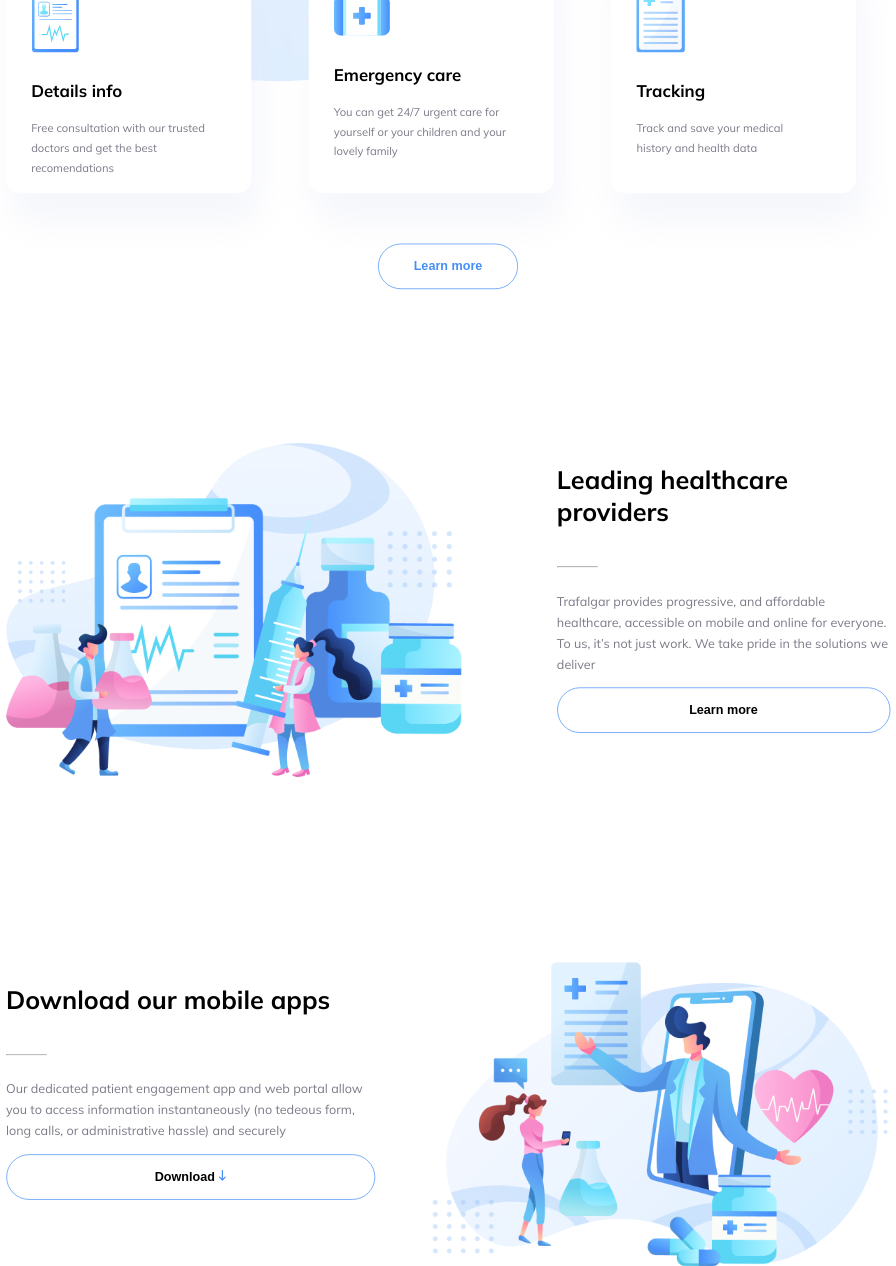
Repository: ivan-developer-01/trafalgar-layout
Page: index.html
The author's editor kept a copy of each file at every save. The page is drawn from the files as they stood at one save, then again after the next save.
The browser window is 1280 px wide. The pictures show the part of the page from y = 1570 to 3490 px (the page is 3379 px tall before and 3490 px after), at 70% of full size.

Above is the page before, as saved 2024-11-08 15:12:33.

### index.html
<!DOCTYPE html>
<html lang="en">
<head>
	<meta charset="UTF-8">
	<meta http-equiv="X-UA-Compatible" content="IE=edge">
	<meta name="viewport" content="width=device-width, initial-scale=1.0">
	<title>Trafalgar Services</title>
	<link rel="preconnect" href="https://fonts.googleapis.com">
	<link rel="preconnect" href="https://fonts.gstatic.com" crossorigin>
	<link href="https://fonts.googleapis.com/css2?family=Mulish:ital,wght@0,200;0,300;0,400;0,500;0,600;0,700;0,800;0,900;1,200;1,300;1,400;1,500;1,600;1,700;1,800;1,900&display=swap" rel="stylesheet">
	<link rel="stylesheet" href="style.css">
</head>
<body>
	<header class="header">
		<div class="container">
			<!-- left part -->
			<div>
				<div class="logo">
					<img src="images/logo.png" alt="Trafalgar Logo">
				</div>
			</div>

			<!-- right part -->
			<div>
				<nav>
					<a href="#" class="nav__link nav__link-main">Home</a>
					<a href="#" class="nav__link">Find a doctor</a>
					<a href="#" class="nav__link">Apps</a>
					<a href="#" class="nav__link">Testimonials</a>
					<a href="#" class="nav__link">About us</a>
				</nav>
			</div>
		</div>
	</header>

	<main>
		<section class="main-info">
			<div class="container">
				<!-- left part -->
				<div>
					<h1>Virtual healthcare for you</h1>

					<p>Trafalgar provides progressive, and affordable healthcare, accessible on mobile and online for everyone</p>

					<button class="button round-button bg-blue">Consult today</button>
				</div>

				<!-- right part -->
				<div>
					<img src="images/hero.png" alt="Trafalgar hero image">
				</div>
			</div>

			<div class="overlay"></div>
		</section>

		<section class="our-services">
			<div class="container">
				<h2>Our services</h2>
				<hr>

				<p>We provide to you the best choiches for you. Adjust it to your health needs and make sure your undergo treatment with our highly qualified doctors you can consult with us which type of service is suitable for your health</p>

				<div class="cards">
					<div class="card">
						<img src="images/our-services/cards/search-doctor.svg" alt="Search doctor">
						<h3>Search doctor</h3>
						<p>Choose your doctor from thousands of specialist, general, and trusted hospitals</p>
					</div>
					<div class="card">
						<img src="images/our-services/cards/online-pharmacy.svg" alt="Online pharmacy">
						<h3>Online pharmacy</h3>
						<p>Buy  your medicines with our mobile application with a simple delivery system</p>
					</div>
					<div class="card">
						<img src="images/our-services/cards/consultation.svg" alt="Consultation">
						<h3>Consultation</h3>
						<p>Free consultation with our trusted doctors and get the best recomendations</p>
					</div>
					<div class="card">
						<img src="images/our-services/cards/details-info.svg" alt="Details info">
						<h3>Details info</h3>
						<p>Free consultation with our trusted doctors and get the best recomendations</p>
					</div>
					<div class="card">
						<img src="images/our-services/cards/emergency-care.svg" alt="Emergency care">
						<h3>Emergency care</h3>
						<p>You can get 24/7 urgent care for yourself or your children and your
lovely family</p>
					</div>
					<div class="card">
						<img src="images/our-services/cards/tracking.svg" alt="Tracking">
						<h3>Tracking</h3>
						<p>Track and save your medical history and health data</p>
					</div>
				</div>

				<button class="button round-button">Learn more</button>
			</div>

			<div class="overlay"></div>
			<div class="top-overlay"></div>
		</section>

		<section class="apps">
			<div class="container">
				<div class="flex-two-blocks">
					<!-- left part -->
					<div>
						<div class="image">
							<img src="images/apps/leading-healthcare-providers.png" alt="Leading healthcare providers">
						</div>
					</div>

					<!-- right part -->
					<div>
						<h2>Leading healthcare providers</h2>
						<hr>
						<p>
							Trafalgar provides progressive, and affordable healthcare, accessible on mobile and online for everyone. To us, it’s not just work. We take pride in the solutions we deliver
						</p>

						<button class="button round-button">Learn more</button>
					</div>
				</div>

				<div class="flex-two-blocks">
					<!-- left part -->
					<div>
						<h2>Download our mobile apps</h2>
						<hr>
						<p>
							Our dedicated patient engagement app and web portal allow you to access information instantaneously (no tedeous form, long calls, or administrative hassle) and securely
						</p>

						<button class="button round-button">Download
							<img src="images/arrow-download.svg" alt="Download icon">
						</button>
					</div>

					<!-- right part -->
					<div>
						<div class="image">
							<img src="images/apps/mobile-apps.png" alt="Mobile apps">
						</div>
					</div>
				</div>
			</div>
		</section>

		<section class="reviews">
			<div class="container">

			</div>
		</section>
	</main>
</body>
</html>

### style.css
html,
body {
	width: 100vw;
	margin: 0;
	padding: 0;
	font-family: 'Mulish', sans-serif;
}

.container {
	width: 100%;
	max-width: 1263px;
	margin: 0 auto;
}

section hr {
	width: 56px;
	margin-top: 26px;
	margin-bottom: 33px;
}

h1 {
	font-size: 48px;
}

h3 {
	font-size: 24px;
}

p {
	color: #7D7987;
	margin-top: 0;
}

.button {
	/* appearance: none; */
	border: 1px solid #458FF6;
	background: transparent;
	cursor: pointer;
	font-weight: 700;
	font-size: 18px;
	padding: 21px 41px;
}

.button.round-button {
	border-radius: 999px;
}

.bg-blue {
	background-color: #458FF6;
	color: #FFF;
}

/* header */
.header {
	padding-top: 56px;
}

.header .container {
	display: flex;
	justify-content: space-between;
	align-items: center;
}

.header nav {
	display: flex;
	gap: 40px;
	font-size: 18px;
}

.header nav a {
	text-decoration: none;
	color: #8f8a9a;
}

.header .nav__link-main {
	color: #1F1534;
}
/* /header */

/* main-info */
.main-info {
	position: relative;
}

.main-info .overlay {
	position: absolute;
	top: 0;
	left: 0;
	right: 0;
	bottom: 0;
	background-image: url(images/main-info-overlay.png);
	background-repeat: no-repeat;
	z-index: -1;
}

.main-info .container {
	display: flex;
	justify-content: space-between;
	align-items: center;
	gap: 109px;
}

.main-info p {
	font-size: 21px;
	line-height: 32px;
	margin-top: 25px;
	margin-bottom: 45px;
}
/* /main-info */

/* our-services */
.our-services {
	margin-top: 190px;
	position: relative;
}

.our-services .overlay,
.our-services .top-overlay {
	position: absolute;
	right: 0;
	bottom: 0;
	left: 0;
	background-repeat: no-repeat;
	z-index: -1;
	pointer-events: none;
}

.our-services .overlay {
	top: calc(20% - 44px);
	background-image: url(images/our-services/our-services-overlay.svg);
}

.our-services .top-overlay {
	top: 46%;
	left: 76%;
	background-image: url(images/our-services/our-services-top-overlay.svg);
}

.our-services .container {
	text-align: center;
}

.our-services p {
	max-width: 952px;
	margin: 0 auto;
}

.our-services .cards {
	display: grid;
	grid-template-columns: repeat(3, 1fr);
	gap: 34px;
	margin-top: 80px;
	position: relative;
	background: transparent;
}

.our-services .cards .card {
	box-shadow: 10px 40px 50px 0px #E5E9F666;
	/* top right bottom left */
	width: calc(350px - 52px - 36px);
	height: calc(354px - 58px - 47px);
	border-radius: 20px;
	padding: 58px 52px 47px 36px;
	text-align: left;
	background: #FFF;
	z-index: 1;
}

.our-services .cards .card p {
	font-size: 16px;
	line-height: 28px;
}

.our-services .cards .card h3 {
	margin-top: 36.25px;
}

.our-services .button {
	margin-top: 72px;
	color: #458FF6;
	border-width: 1.4px;
	min-width: 200px;
}
/* /our-services */

/* apps */
.apps {
	margin-top: 220px;
}

.apps .container {
	display: grid;
	gap: 265px;
}

.apps .flex-two-blocks {
	display: flex;
}

.apps .flex-two-blocks div {
	display: flex;
	flex-direction: column;
}

.apps .flex-two-blocks h2 {
	font-size: 36px;
}

.apps .flex-two-blocks hr {
	text-align: left;
	width: 56px;
	margin-left: 0;
	margin-right: 0;
}

.apps .flex-two-blocks p {
	font-size: 18px;
	line-height: 30px;
}

.apps .flex-two-blocks:first-child {
	gap: 137px;
}

.apps .flex-two-blocks:last-child {
	gap: 71px;
}
/* /apps */

After the next save:
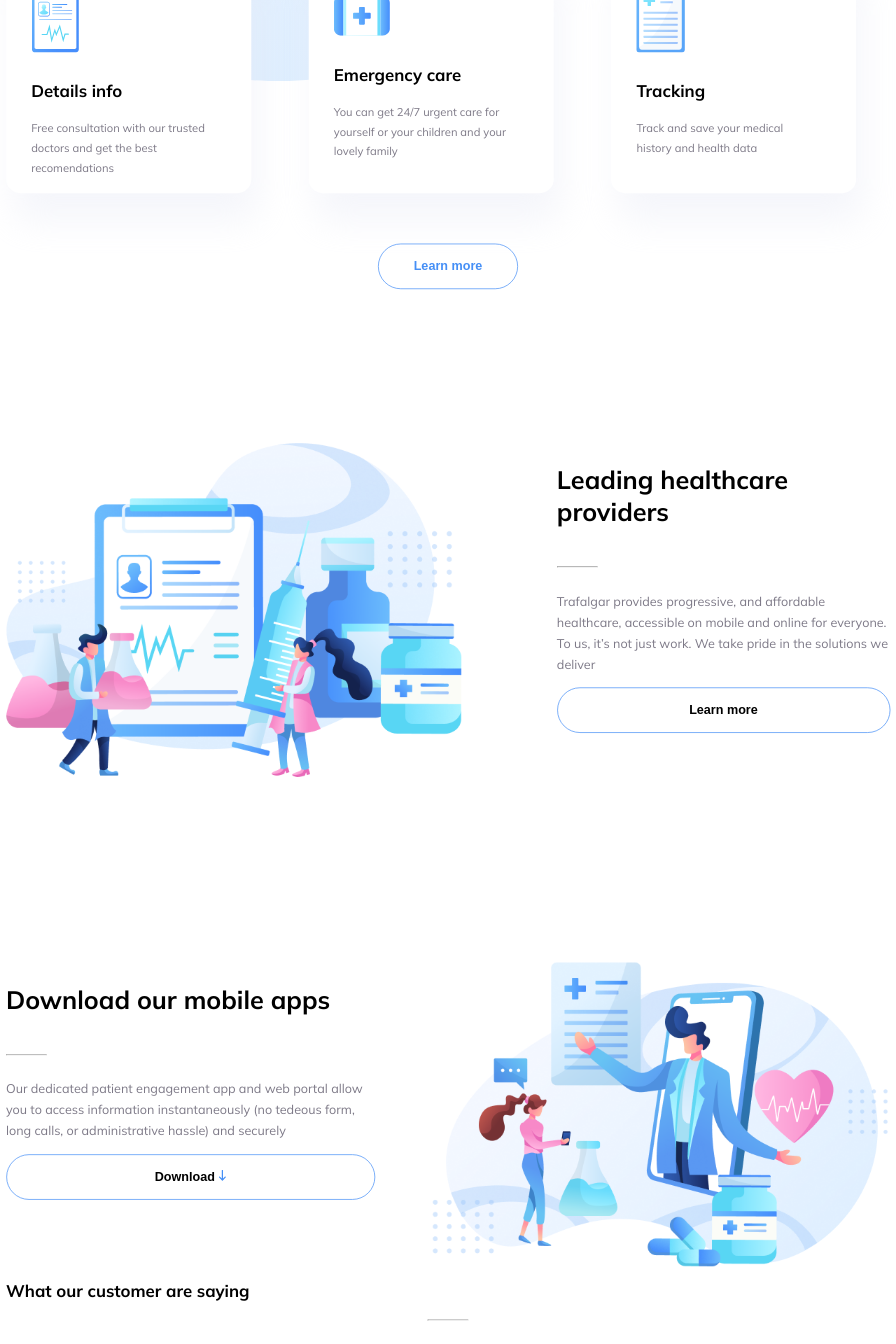
Saved 7 s later.
--- a/index.html
+++ b/index.html
@@ -150,7 +150,8 @@ lovely family</p>
 
 		<section class="reviews">
 			<div class="container">
-
+				<h2>What our customer are saying</h2>
+				<hr>
 			</div>
 		</section>
 	</main>
